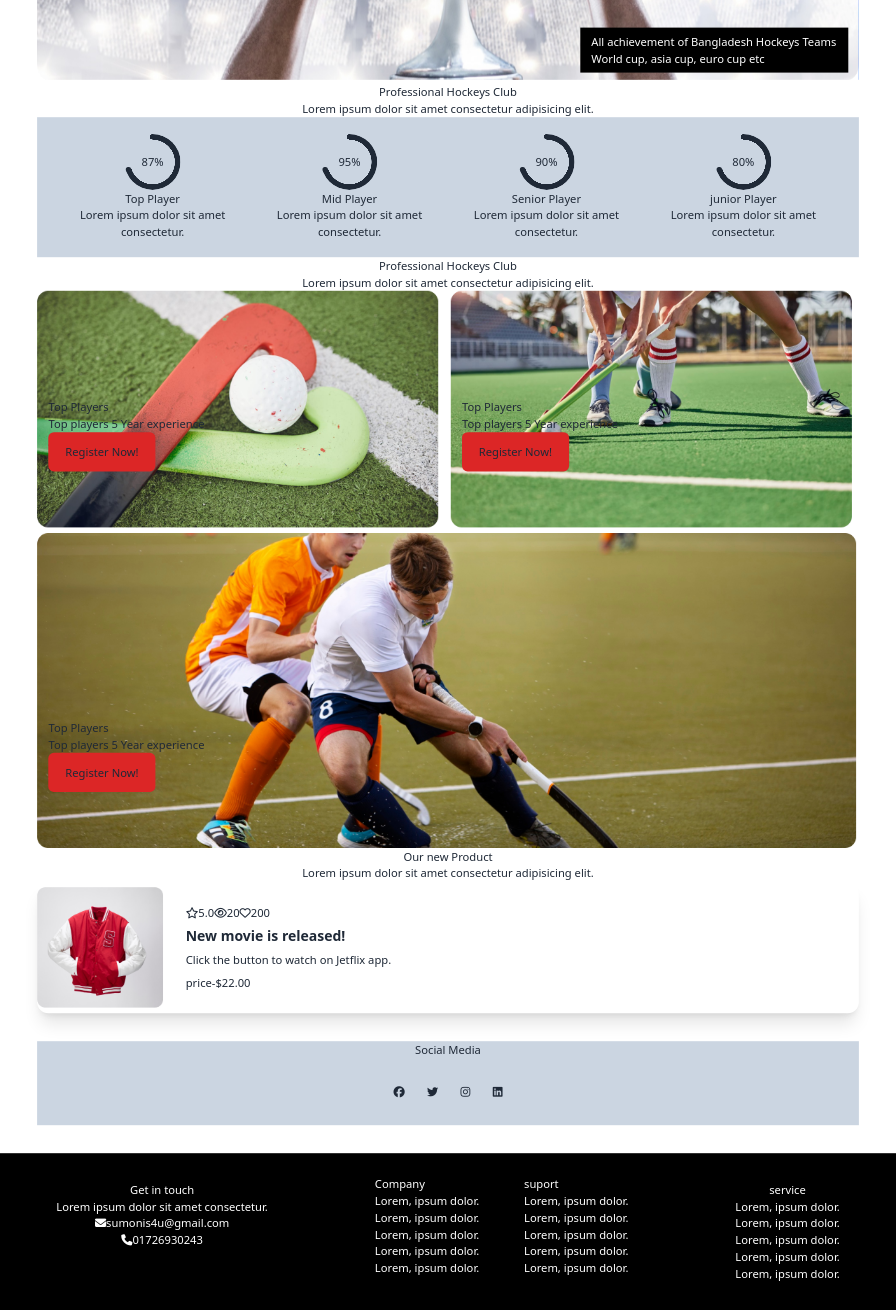
Repository: sumonkumarsarkar/bd-hockeys-team
Page: index.html
The author's editor kept a copy of each file at every save. The page is drawn from the files as they stood at one save, then again after the next save.
The browser window is 1280 px wide. The pictures show the part of the page from y = 718 to 2638 px (the page is 2590 px tall before and 2638 px after), at 70% of full size.
Some web libraries are served in a nearby version.

Above is the page before, as saved 2024-01-23 23:51:37.

### index.html
<!DOCTYPE html>
<html lang="en">
<head>
    <meta charset="UTF-8">
    <meta name="viewport" content="width=device-width, initial-scale=1.0">
    <title>BD Hockeys Team</title>
    <link rel="stylesheet" href="https://cdnjs.cloudflare.com/ajax/libs/font-awesome/6.5.1/css/all.min.css" integrity="sha512-DTOQO9RWCH3ppGqcWaEA1BIZOC6xxalwEsw9c2QQeAIftl+Vegovlnee1c9QX4TctnWMn13TZye+giMm8e2LwA==" crossorigin="anonymous" referrerpolicy="no-referrer" />
    <link href="https://cdn.jsdelivr.net/npm/daisyui@4.6.0/dist/full.min.css" rel="stylesheet" type="text/css" />
    <script src="https://cdn.tailwindcss.com"></script>

</head>
<body>
    <!-- header part start  -->
    <header class="w-11/12 mx-auto">
        <nav>
            <div class="navbar bg-base-100">
                <div class="navbar-start">
                  <div class="dropdown">
                    <div tabindex="0" role="button" class="btn btn-ghost lg:hidden">
                      <svg xmlns="http://www.w3.org/2000/svg" class="h-5 w-5" fill="none" viewBox="0 0 24 24" stroke="currentColor"><path stroke-linecap="round" stroke-linejoin="round" stroke-width="2" d="M4 6h16M4 12h8m-8 6h16" /></svg>
                    </div>
                    <ul tabindex="0" class="menu menu-sm dropdown-content mt-3 z-[1] p-2 shadow bg-base-100 rounded-box w-52">
                      <li><a>Home</a></li>
                      <li><a>About</a></li>
                      <li><a>Page</a></li>
                      <li><a>Blog</a></li>
                      <li><a>Contract</a></li>
                    </ul>
                  </div>
                  <a class="btn btn-ghost text-xl">BD Hockeys</a>
                </div>
                <div class="navbar-center hidden lg:flex">
                  <ul class="menu menu-horizontal px-1">
                    <li><a>Home</a></li>
                      <li><a>About</a></li>
                      <li><a>Page</a></li>
                      <li><a>Blog</a></li>
                      <li><a>Contract</a></li>
                  </ul>
                </div>
                <div class="navbar-end">
                    <div type="search" class="btn btn-ghost btn-circle">
                        <svg xmlns="http://www.w3.org/2000/svg" class="h-5 w-5" fill="none" viewBox="0 0 24 24" stroke="currentColor"><path stroke-linecap="round" stroke-linejoin="round" stroke-width="2" d="M21 21l-6-6m2-5a7 7 0 11-14 0 7 7 0 0114 0z" /></svg>
                      </div>
                  <a class="btn">Get Ticket</a>
                </div>
              </div>
        </nav>



      <!-- banner part start  -->

   <div class=" lg:relative">
    <div>
        <div class="carousel w-full">
            <div id="slide1" class="carousel-item relative w-full">
              <img src="./Images/1.png" class="w-full" alt="bd-hockey" />
              <div class="absolute flex justify-between transform -translate-y-1/2 left-5 right-5 top-1/2">
                <a href="#slide4" class="btn btn-circle">❮</a>
                <a href="#slide2" class="btn btn-circle">❯</a>
              </div>
            </div>
            <div id="slide2" class="carousel-item relative w-full">
              <img src="./Images/banner1.jpeg" class="w-full" alt="bd-hockey" />
              <div class="absolute flex justify-between transform -translate-y-1/2 left-5 right-5 top-1/2">
                <a href="#slide1" class="btn btn-circle">❮</a>
                <a href="#slide3" class="btn btn-circle">❯</a>
              </div>
            </div>
            <div id="slide3" class="carousel-item relative w-full">
              <img src="./Images/banner3.jpg" class="w-full" alt="bd-hockey" />
              <div class="absolute flex justify-between transform -translate-y-1/2 left-5 right-5 top-1/2">
                <a href="#slide2" class="btn btn-circle">❮</a>
                <a href="#slide4" class="btn btn-circle">❯</a>
              </div>
            </div>
            <div id="slide4" class="carousel-item relative w-full">
              <img src="./Images/banner2.jpg" class="w-full" alt="bd-hockey"/>
              <div class="absolute flex justify-between transform -translate-y-1/2 left-5 right-5 top-1/2">
                <a href="#slide3" class="btn btn-circle">❮</a>
                <a href="#slide1" class="btn btn-circle">❯</a>
              </div>
            </div>
          </div>
    </div>
    <div class="lg:absolute bottom-4 right-4">
        <div class="px-4 py-2 bg-black text-white">
            <h2>All achievement of Bangladesh Hockeys Teams</h2>
             <p>World cup, asia cup, euro cup etc</p>
        </div>
    </div>

   </div>

      <!-- banner part end  -->
    </header>
    <!-- header part end  -->




    <!-- main part start  -->
    <main class="w-11/12 mx-auto">
  <section>

       <div class="text-center">
        <h2>Professional Hockeys Club</h2>
        <p>Lorem ipsum dolor sit amet consectetur adipisicing elit.</p>
       </div>

       <!-- card  -->

       <div class="flex flex-col lg:flex-row lg:justify-between bg-slate-300 lg:p-6 ">
        <div class="text-center">
         <div class="radial-progress" style="--value:70;" role="progressbar">87%</div>
         <h3>Top Player</h3>
         <p>Lorem ipsum dolor sit amet consectetur.</p>
        </div>
        <div class="text-center">
            <div class="radial-progress" style="--value:70;" role="progressbar">95%</div>
            <h3>Mid Player</h3>
            <p>Lorem ipsum dolor sit amet consectetur.</p>
        </div>
        <div class="text-center">
            <div class="radial-progress" style="--value:70;" role="progressbar">90%</div>
            <h3>Senior Player</h3>
            <p>Lorem ipsum dolor sit amet consectetur.</p>
        </div>
        <div class="text-center">
            <div class="radial-progress" style="--value:70;" role="progressbar">80%</div>
            <h3>junior Player</h3>
            <p>Lorem ipsum dolor sit amet consectetur.</p>
        </div>
       </div>
  </section>


   <section>

<!-- banner section start  -->
   <!-- text part  -->
   <div class="text-center">
    <h2>Professional Hockeys Club</h2>
    <p>Lorem ipsum dolor sit amet consectetur adipisicing elit.</p>
   </div>

 <!-- banner part  -->

<div class="grid grid-cols-1 lg:grid-cols-2 gap-2">
       <!-- banner -1  -->
    <div class=" relative grid grid-cols-1">
        <div>
            <div><img src="./Images/2.png" alt=""></div>
         </div>
         <div class=" absolute bottom-20 left-4">
            <h2>Top Players</h2>
            <p>Top players 5 Year experience </p>
            <button  class="py-4 px-6 rounded-lg bg-red-600" type="button">Register Now!</button>
         </div>
    </div>

     <!-- banner -2  -->

    <div class="relative grid grid-cols-1">
        <div>
            <div><img src="./Images/3.png" alt=""></div>
         </div>
         <div class=" absolute bottom-20 left-4">
            <h2>Top Players</h2>
            <p>Top players 5 Year experience </p>
            <button  class="py-4 px-6 rounded-lg bg-red-600" type="button">Register Now!</button>
         </div>
    </div>

 <!-- banner -3  -->

    <div class="relative col-span-2">
        <div>
            <div><img src="./Images/4.png" alt=""></div>
         </div>
         <div class=" absolute bottom-20 left-4">
            <h2>Top Players</h2>
            <p>Top players 5 Year experience </p>
            <button  class="py-4 px-6 rounded-lg bg-red-600" type="button">Register Now!</button>
         </div>
    </div>

</div>
   </section>


<!-- our product start  -->
<section>

    <div class="text-center">
        <h2>Our new Product</h2>
        <p>Lorem ipsum dolor sit amet consectetur adipisicing elit.</p>
       </div>

       <div>
<!-- card -1  -->
<div class="card card-side bg-base-100 shadow-xl">
    <figure><img src="./Images/5.png" alt="T-shirt"/></figure>
    <div class="card-body">
        <div class="flex">
            <div><i class="fa-regular fa-star"></i></div>
            <div><h4>5.0</h4></div>
            <div><i class="fa-regular fa-eye"></i></div>
            <div>20</div>
            <div><i class="fa-regular fa-heart"></i></div>
            <div>200</div>
          </div>
      <h2 class="card-title">New movie is released!</h2>
      <p>Click the button to watch on Jetflix app.</p>
      <div>
        <div>
            <h2>price-$22.00</h2>
        </div>
        <div>
            <div></div>
        </div>
      </div>
    </div>
  </div>


       </div>



</section>





<!-- our product end  -->




   <!-- banner section end  -->

   <!-- social media  part start  -->
<section>

    <div class="my-10 bg-slate-300">
        <div class="text-center">
            <h2>Social Media</h2>
        </div>
            <div class="flex justify-center items-center p-5">
             <div class="p-4"><i class="fa-brands fa-facebook"></i></div>
             <div class="p-4"><i class="fa-brands fa-twitter"></i></div>
             <div class="p-4"><i class="fa-brands fa-instagram"></i></div>
             <div class="p-4"><i class="fa-brands fa-linkedin"></i></div>
            </div>

    </div>

</section>


   <!-- social media  part end  -->

    </main>
        <!-- main part end  -->

<!-- footer part start  -->
        <footer class="w-full mx-auto bg-black">

            <div class="flex flex-col lg:flex-row justify-around text-white">

                <div class="text-center p-10">
                    <div>
                        <h2>Get in touch</h2>
                        <p>Lorem ipsum dolor sit amet consectetur.</p>
                    </div>
                     <div>
                        <h2> <span><i class="fa-solid fa-envelope"></i></span>sumonis4u@gmail.com</h2>
                        <h2> <span><i class="fa-solid fa-phone"></i></i></span>01726930243</h2>
                     </div>
                  </div>

                 <!-- part-2  -->

                 <div>

                    <div class="flex justify-center lg:justify-between">
                        <div class=" ps-6 lg:p-8">
                            <h2>Company</h2>
                            <p>Lorem, ipsum dolor.</p>
                            <p>Lorem, ipsum dolor.</p>
                            <p>Lorem, ipsum dolor.</p>
                            <p>Lorem, ipsum dolor.</p>
                            <p>Lorem, ipsum dolor.</p>
                        </div>
                        <div class=" ps-6 lg:p-8">
                            <h2>suport</h2>
                            <p>Lorem, ipsum dolor.</p>
                            <p>Lorem, ipsum dolor.</p>
                            <p>Lorem, ipsum dolor.</p>
                            <p>Lorem, ipsum dolor.</p>
                            <p>Lorem, ipsum dolor.</p>
                        </div>
                     </div>
                 </div>



                 <!-- part-3  -->

        <div class=" text-center lg:p-10">
            <div>
                <h2>service</h2>
                <p>Lorem, ipsum dolor.</p>
                <p>Lorem, ipsum dolor.</p>
                <p>Lorem, ipsum dolor.</p>
                <p>Lorem, ipsum dolor.</p>
                <p>Lorem, ipsum dolor.</p>
            </div>
        </div>



            </div>



        </footer>
        <!-- footer part start  -->
</body>
</html>

After the next save:
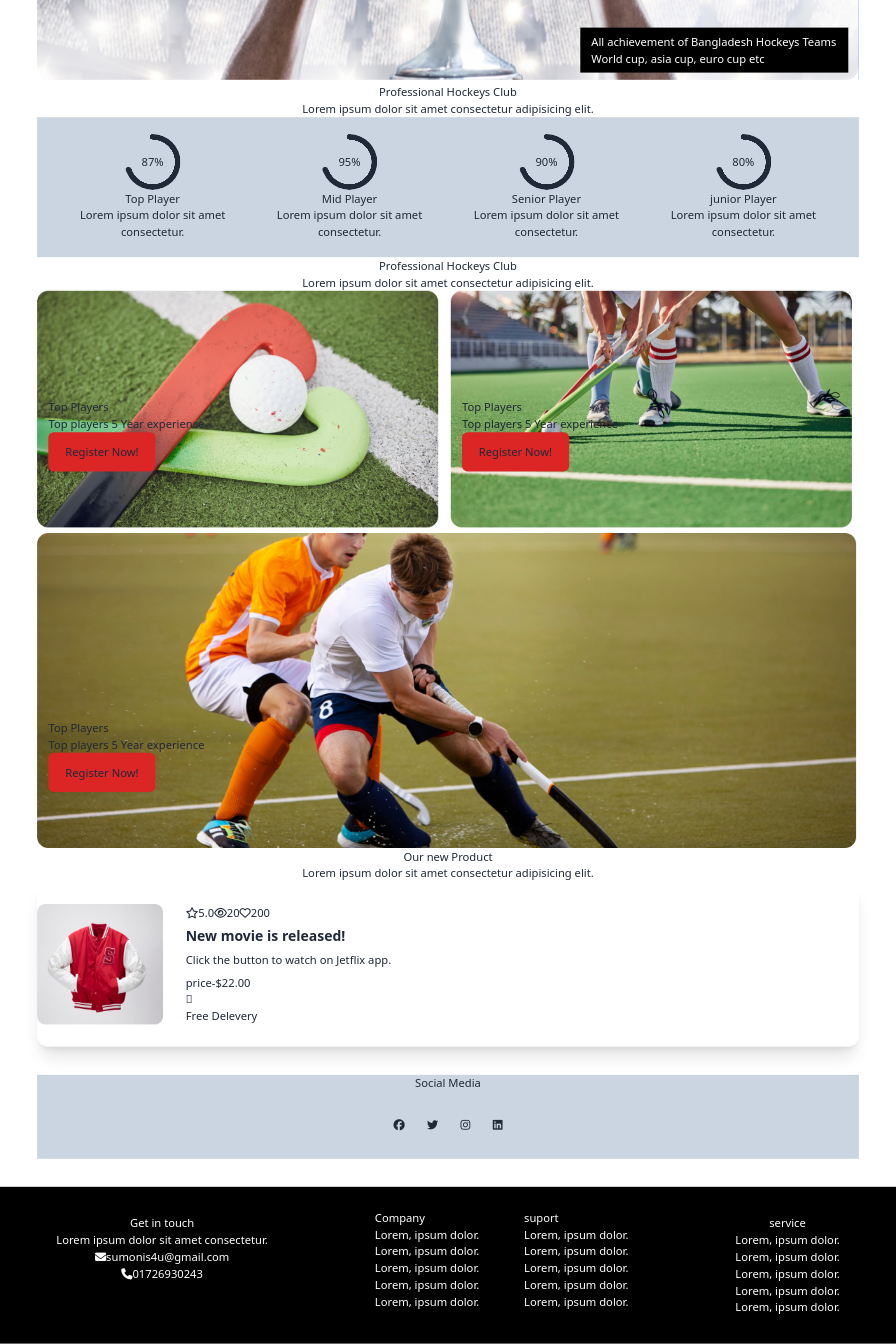
Saved 2 min 2 s later.
--- a/index.html
+++ b/index.html
@@ -218,7 +218,8 @@
             <h2>price-$22.00</h2>
         </div>
         <div>
-            <div></div>
+            <div><i class="fa-light fa-cart-shopping"></i></div>
+            <div><h4>Free Delevery</h4></div>
         </div>
       </div>
     </div>

After the save that followed:
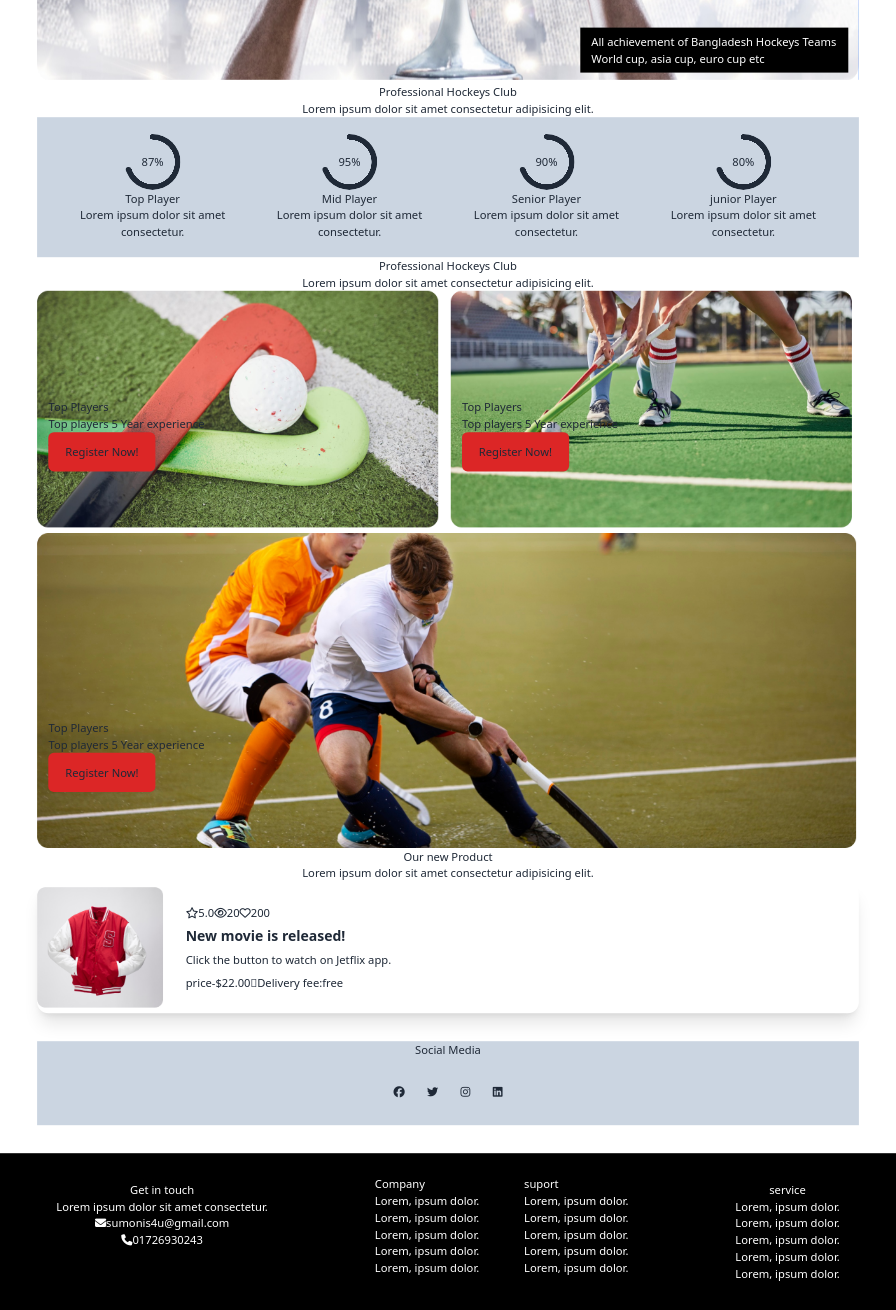
Saved 77 s later.
--- a/index.html
+++ b/index.html
@@ -213,13 +213,13 @@
           </div>
       <h2 class="card-title">New movie is released!</h2>
       <p>Click the button to watch on Jetflix app.</p>
-      <div>
+      <div class="flex">
         <div>
             <h2>price-$22.00</h2>
         </div>
-        <div>
+        <div class="flex">
             <div><i class="fa-light fa-cart-shopping"></i></div>
-            <div><h4>Free Delevery</h4></div>
+            <div><h4>Delivery fee:free</h4></div>
         </div>
       </div>
     </div>
